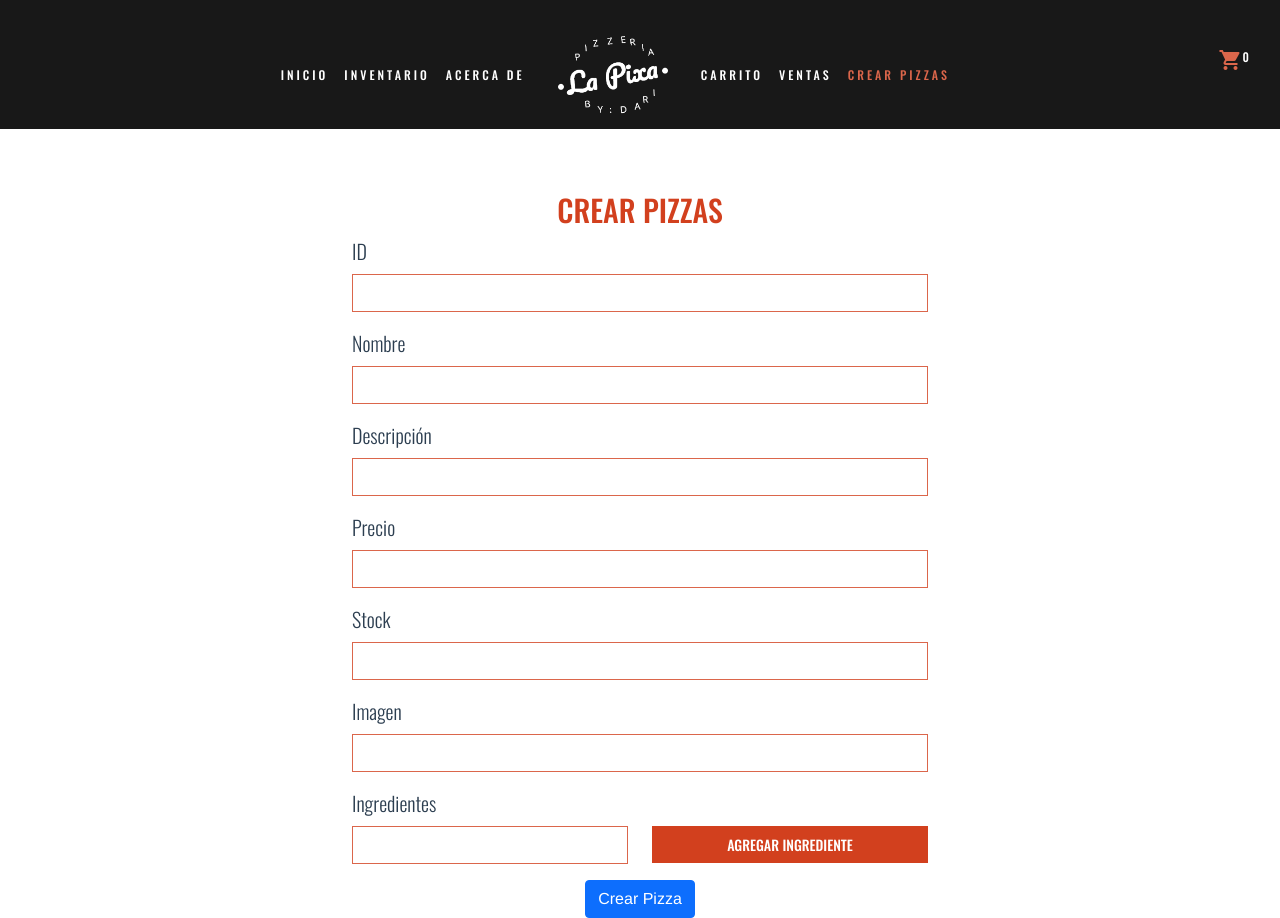
Repository: Darigo30/prueba-vue-dari-pizza
Page: /crearPizzas
These files come from the project's save history. The page is drawn as it stood at one moment and after the next save; the edit follows.
The browser window is 1280 px wide. The pictures show the whole page.
The project was rebuilt for these pictures with package versions that can differ from the ones it lists, and the page was loaded fresh each time. Also part of the build but not shown: src/views/Home.vue.

Above is the page before, as saved 2021-05-23 22:58:35.

After the next save:
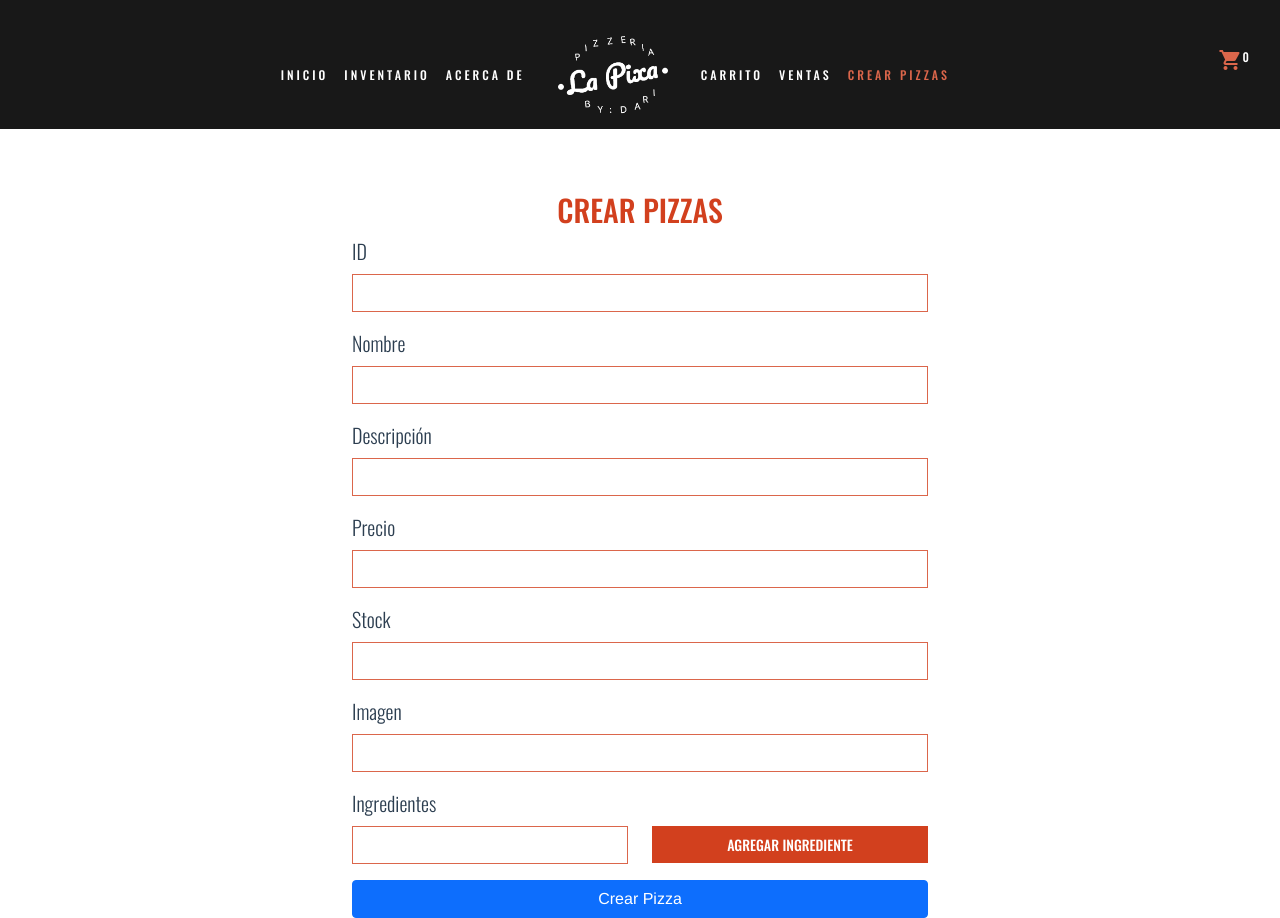
Saved 29 s later.
--- a/src/views/CrearPizzas.vue
+++ b/src/views/CrearPizzas.vue
@@ -45,7 +45,7 @@
             </div>
           </div>
 
-        <button @click="crearPizza" class="btn btn-primary">Crear Pizza</button>
+        <button @click="crearPizza" class="btn btn-primary w-100">Crear Pizza</button>
       </div>
     </div>
   </div>
